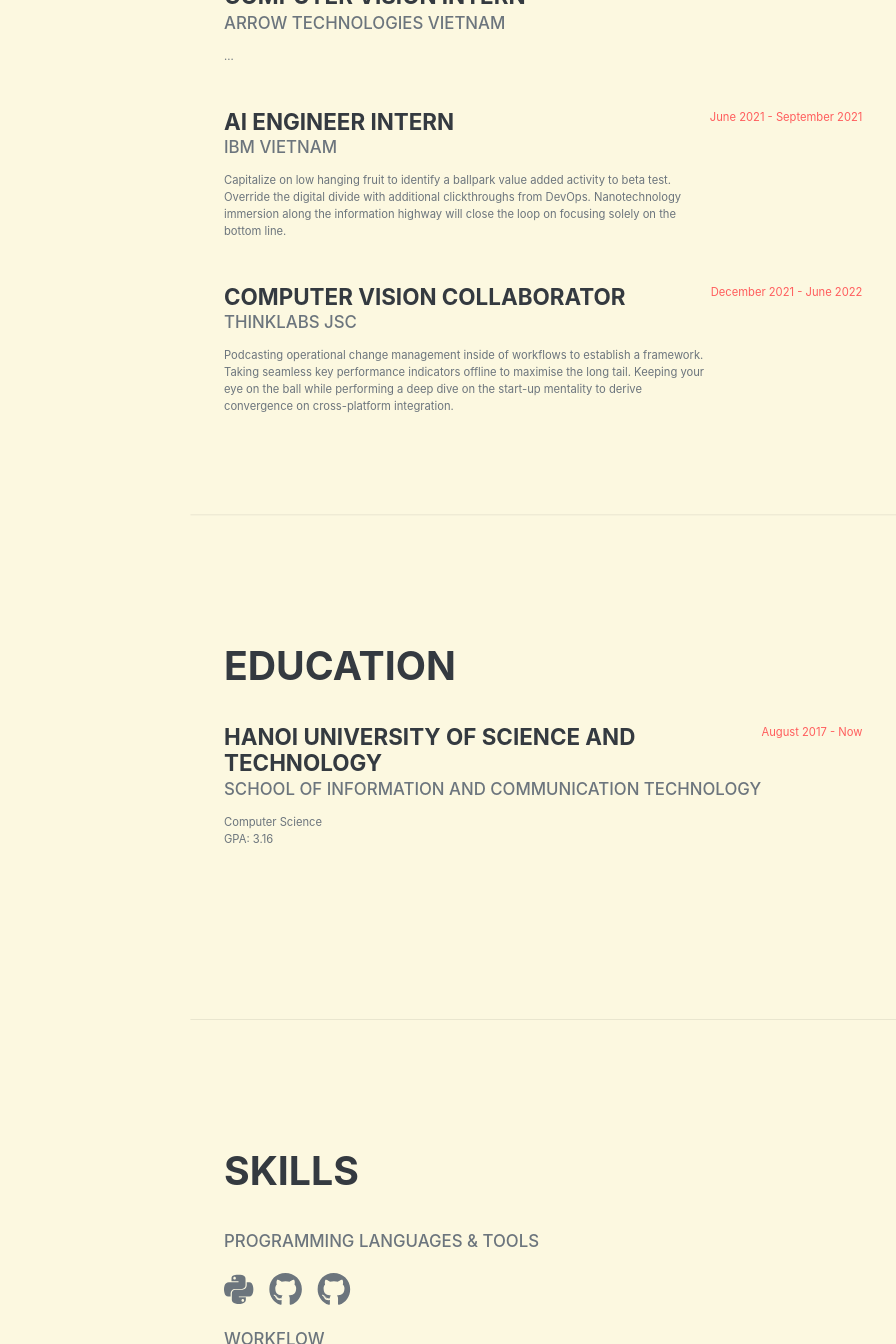
Repository: nguyenlcc/Online-CV
Page: index.html
These files come from the project's save history. The page is drawn as it stood at one moment and after the next save; the edit follows.
The browser window is 1280 px wide. The pictures show the part of the page from y = 940 to 2860 px (the page is 5280 px tall before and 5208 px after), at 70% of full size.
Some web fonts or font styles are not loaded; a fallback is used. Some web libraries are served in a nearby version.

Above is the page before, as saved 2022-05-23 01:53:10.

After the next save:
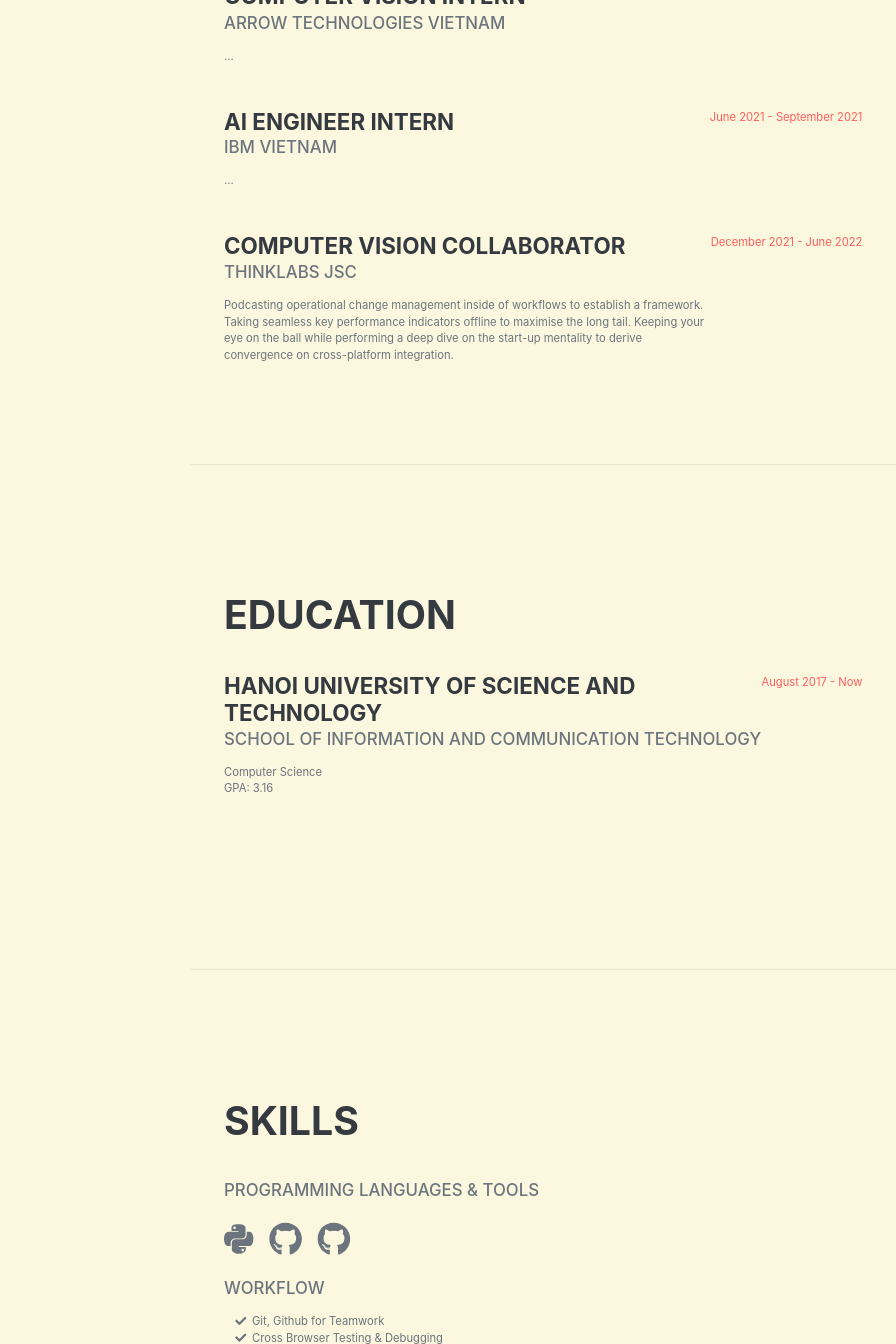
Saved 5 s later.
--- a/index.html
+++ b/index.html
@@ -147,11 +147,7 @@
               <h3 class="mb-0">AI Engineer Intern</h3>
               <div class="subheading mb-3">IBM Vietnam</div>
               <p>
-                Capitalize on low hanging fruit to identify a ballpark value
-                added activity to beta test. Override the digital divide with
-                additional clickthroughs from DevOps. Nanotechnology immersion
-                along the information highway will close the loop on focusing
-                solely on the bottom line.
+                ...
               </p>
             </div>
             <div class="flex-shrink-0">
